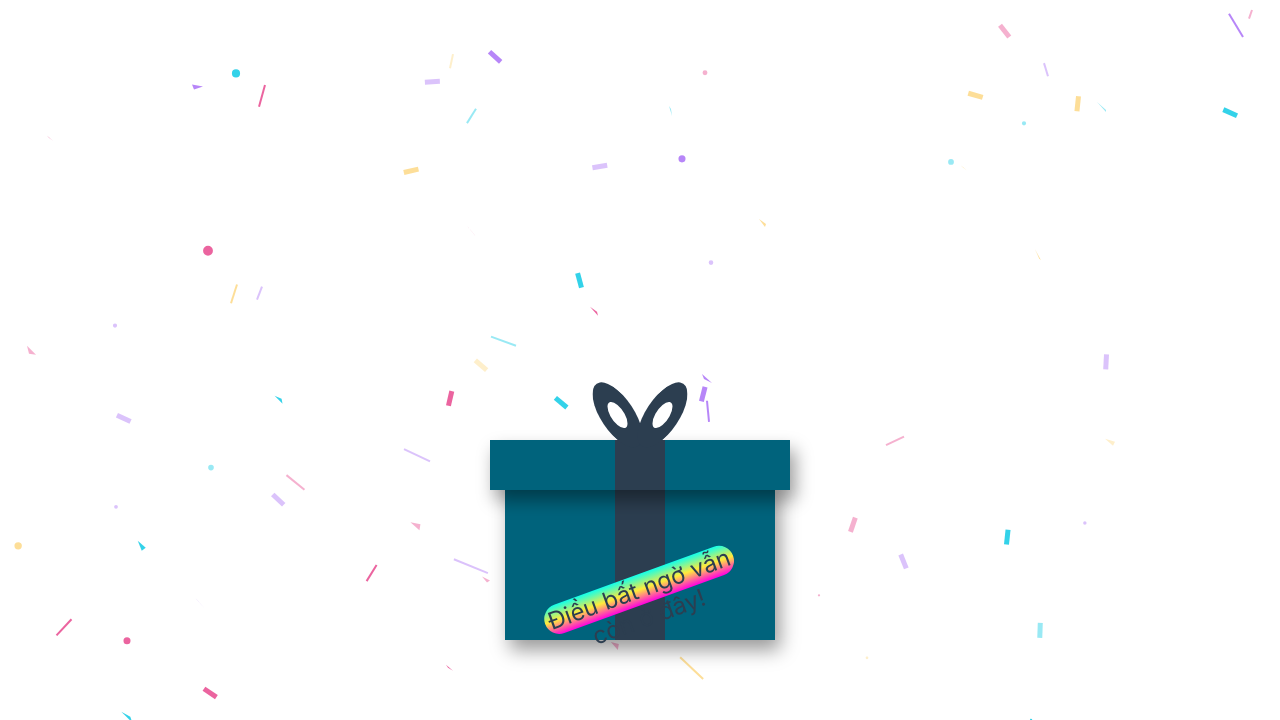
Repository: trongnghia161001/birth_day
Page: index.html
These files come from the project's save history. The page is drawn as it stood at one moment and after the next save; the edit follows.
The browser window is 1280 px wide. The pictures show the whole page.

Above is the page before, as saved 2022-11-14 22:31:08.

### index.html
<!DOCTYPE html>
<html>

<head>
  <meta charset="utf-8" />
  <meta name="viewport" content="width=device-width" />
  <title>Happy Birthday!</title>

  <link rel="stylesheet" href="styles/flexbox-center-container.css" media="all">
  <link rel="stylesheet" href="styles/system-fonts.css" media="all">
  <link rel="stylesheet" href="styles/style.css" media="all">
</head>

<body>
  <canvas id=c></canvas>
  <canvas id="confetti"></canvas>
  <div class="container" id="count">
    <h1 id="head">Countdown to your birthday:</h1>
    <ul>
      <li><span id="day"></span>days</li>
      <li><span id="hour"></span>hours</li>
      <li><span id="minute"></span>minutes</li>
      <li><span id="second"></span>seconds</li>
    </ul>
  </div>
  <div id="merrywrap" class="merrywrap">
    <canvas id="snowfall"></canvas>
    <div class="giftbox">
      <div class="cover">
        <div></div>
      </div>
      <div class="box"></div>
    </div>
</body>
<script src="scripts/confetti.min.js" charset="utf-8"></script>
<script src="scripts/index.js" charset="utf-8"></script>

</html>

### styles/style.css
* {
  box-sizing: border-box;
  margin: 0;
  padding: 0;
}
canvas {
  position: absolute;
  top: 0;
  left: 0;
}
body {
  background: #ffffff;
  overflow: hidden;
}
.container {
  color: rgba(55, 59, 65, 0.8);
  font-family: Helvetica, sans-serif;
  font-weight: lighter;
  text-align: center;
}

h1 {
  font-weight: normal;
}
li {
  display: inline-block;
  font-size: 1.5em;
  list-style-type: none;
  padding: 1em;
  text-transform: uppercase;
}
li span {
  display: block;
  font-size: 4.5rem;
}
.merrywrap {
  position: absolute;
  right: 40px;
  left: 40px;
  bottom: 80px;
  top: 40px;
}
.giftbox {
  position: absolute;
  width: 300px;
  height: 200px;
  left: 50%;
  margin-left: -150px;
  bottom: 0;
  z-index: 10;
}


.giftbox > div {
  background: rgb(0, 99, 124);
  position: absolute;
  box-shadow: 5px 10px 18px rgba(0, 0, 0, 0.4);
}

.giftbox:hover > div {
  box-shadow: none;
  transition: 0.5s all;
}

.giftbox > div:after, .giftbox > div:before {
  position: absolute;
  content: "";
  top: 0;
}
.giftbox:after {
  position: absolute;
  color: #2C3E50;
  width: 100%;
  content: "Điều bất ngờ vẫn còn ở đây!";
  left: 50px;
  bottom: 0;
  font-size: 24px;
  text-align: center;
  transform: rotate(-20deg);
  transform-origin: 0 0;
  background: linear-gradient(#14ffe9, #ffeb3b, #ff00e0);
  height: 30px;
  width: 200px;
  border-radius: 50px;
  cursor: pointer;
}

.giftbox .cover {
  width: 100%;
  top: 0;
  left: 0;
  height: 25%;
  z-index: 2;
}
.giftbox .cover:before {
  position: absolute;
  height: 100%;
  left: 50%;
  width: 50px;
  transform: translateX(-50%);
  background: #2C3E50;
}
.giftbox .cover > div {
  position: absolute;
  width: 50px;
  height: 50px;
  left: 50%;
  top: -50px;
  transform: translateX(-50%);
}
.giftbox .cover > div:before, .giftbox .cover > div:after {
  position: absolute;
  left: 0;
  top: 0;
  width: 100%;
  height: 100%;
  content: "";
  box-shadow: inset 0 0 0 15px #2C3E50;
  border-radius: 30px;
  transform-origin: 50% 100%;
}
.giftbox .cover > div:before {
  transform: translateX(-45%) skewY(40deg);
}
.giftbox .cover > div:after {
  transform: translateX(45%) skewY(-40deg);
}
.giftbox .box {
  right: 5%;
  left: 5%;
  height: 80%;
  bottom: 0;
}
.giftbox .box:before {
  width: 50px;
  height: 100%;
  left: 50%;
  transform: translateX(-50%);
  background: #2C3E50;
}
.giftbox .box:after {
  width: 100%;
  height: 30px;
  background: rgba(0, 0, 0, 0);
}
.step-1 .giftbox {
  animation: wobble 0.5s linear infinite forwards;
}
.step-1 .cover {
  animation: wobble 0.5s linear infinite 5s forwards;
}
.step-1 .icons .row span {
  opacity: 1;
}
.step-2 .giftbox:after {
  opacity: 0;
}
.step-3 .giftbox, .step-4 .giftbox {
  opacity: 0;
  z-index: 1;
}
.step-3 .giftbox:after, .step-4 .giftbox:after {
  opacity: 0;
}
.step-2 .giftbox .cover {
  animation: flyUp 2s ease-in forwards;
}
.step-2 .giftbox .box {
  animation: flyDown 2s ease-in 0.05s forwards;
}
@keyframes wobble {
  25% {
      transform: rotate(4deg);
 }
  75% {
      transform: rotate(-2deg);
 }
}
@keyframes flyUp {
  75% {
      opacity: 1;
 }
  100% {
      transform: translateY(-1000px) rotate(20deg);
      opacity: 0;
 }
}
@keyframes flyDown {
  75% {
      opacity: 1;
 }
  100% {
      transform: translateY(100%);
      opacity: 0;
 }
}

### scripts/index.js
const count = document.getElementById('count');
const head = document.getElementById('head');
const giftbox = document.getElementById('merrywrap');
const canvasC = document.getElementById('c');

const config = {
  birthdate: 'Jan 29, 2020',
  name: 'Darlene'
};

function hideEverything() {
  head.style.display = 'none';
  count.style.display = 'none';
  giftbox.style.display = 'none';
  canvasC.style.display = 'none';
}

hideEverything();

const confettiSettings = { target: 'confetti' };
const confetti = new window.ConfettiGenerator(confettiSettings);
confetti.render();

const second = 1000,
  minute = second * 60,
  hour = minute * 60,
  day = hour * 24;

let countDown = new Date(`${config.birthdate} 00:00:00`).getTime();
x = setInterval(function() {
  let now = new Date().getTime(),
    distance = countDown - now;

  document.getElementById('day').innerText = Math.floor(distance / day);
  document.getElementById('hour').innerText = Math.floor(
    (distance % day) / hour
  );
  document.getElementById('minute').innerText = Math.floor(
    (distance % hour) / minute
  );
  document.getElementById('second').innerText = Math.floor(
    (distance % minute) / second
  );

  let w = (c.width = window.innerWidth),
    h = (c.height = window.innerHeight),
    ctx = c.getContext('2d'),
    hw = w / 2, // half-width
    hh = h / 2,
    opts = {
      strings: ['HAPPY', 'BIRTHDAY!', config.name],
      charSize: 30,
      charSpacing: 35,
      lineHeight: 40,

      cx: w / 2,
      cy: h / 2,

      fireworkPrevPoints: 10,
      fireworkBaseLineWidth: 5,
      fireworkAddedLineWidth: 8,
      fireworkSpawnTime: 200,
      fireworkBaseReachTime: 30,
      fireworkAddedReachTime: 30,
      fireworkCircleBaseSize: 20,
      fireworkCircleAddedSize: 10,
      fireworkCircleBaseTime: 30,
      fireworkCircleAddedTime: 30,
      fireworkCircleFadeBaseTime: 10,
      fireworkCircleFadeAddedTime: 5,
      fireworkBaseShards: 5,
      fireworkAddedShards: 5,
      fireworkShardPrevPoints: 3,
      fireworkShardBaseVel: 4,
      fireworkShardAddedVel: 2,
      fireworkShardBaseSize: 3,
      fireworkShardAddedSize: 3,
      gravity: 0.1,
      upFlow: -0.1,
      letterContemplatingWaitTime: 360,
      balloonSpawnTime: 20,
      balloonBaseInflateTime: 10,
      balloonAddedInflateTime: 10,
      balloonBaseSize: 20,
      balloonAddedSize: 20,
      balloonBaseVel: 0.4,
      balloonAddedVel: 0.4,
      balloonBaseRadian: -(Math.PI / 2 - 0.5),
      balloonAddedRadian: -1
    },
    calc = {
      totalWidth:
        opts.charSpacing *
        Math.max(opts.strings[0].length, opts.strings[1].length)
    },
    Tau = Math.PI * 2,
    TauQuarter = Tau / 4,
    letters = [];

  ctx.font = opts.charSize + 'px Verdana';

  function Letter(char, x, y) {
    this.char = char;
    this.x = x;
    this.y = y;

    this.dx = -ctx.measureText(char).width / 2;
    this.dy = +opts.charSize / 2;

    this.fireworkDy = this.y - hh;

    let hue = (x / calc.totalWidth) * 360;

    this.color = 'hsl(hue,80%,50%)'.replace('hue', hue);
    this.lightAlphaColor = 'hsla(hue,80%,light%,alp)'.replace('hue', hue);
    this.lightColor = 'hsl(hue,80%,light%)'.replace('hue', hue);
    this.alphaColor = 'hsla(hue,80%,50%,alp)'.replace('hue', hue);

    this.reset();
  }
  Letter.prototype.reset = function() {
    this.phase = 'firework';
    this.tick = 0;
    this.spawned = false;
    this.spawningTime = (opts.fireworkSpawnTime * Math.random()) | 0;
    this.reachTime =
      (opts.fireworkBaseReachTime +
        opts.fireworkAddedReachTime * Math.random()) |
      0;
    this.lineWidth =
      opts.fireworkBaseLineWidth + opts.fireworkAddedLineWidth * Math.random();
    this.prevPoints = [[0, hh, 0]];
  };
  Letter.prototype.step = function() {
    if (this.phase === 'firework') {
      if (!this.spawned) {
        ++this.tick;
        if (this.tick >= this.spawningTime) {
          this.tick = 0;
          this.spawned = true;
        }
      } else {
        ++this.tick;

        let linearProportion = this.tick / this.reachTime,
          armonicProportion = Math.sin(linearProportion * TauQuarter),
          x = linearProportion * this.x,
          y = hh + armonicProportion * this.fireworkDy;

        if (this.prevPoints.length > opts.fireworkPrevPoints)
          this.prevPoints.shift();

        this.prevPoints.push([x, y, linearProportion * this.lineWidth]);

        let lineWidthProportion = 1 / (this.prevPoints.length - 1);

        for (let i = 1; i < this.prevPoints.length; ++i) {
          let point = this.prevPoints[i],
            point2 = this.prevPoints[i - 1];

          ctx.strokeStyle = this.alphaColor.replace(
            'alp',
            i / this.prevPoints.length
          );
          ctx.lineWidth = point[2] * lineWidthProportion * i;
          ctx.beginPath();
          ctx.moveTo(point[0], point[1]);
          ctx.lineTo(point2[0], point2[1]);
          ctx.stroke();
        }

        if (this.tick >= this.reachTime) {
          this.phase = 'contemplate';

          this.circleFinalSize =
            opts.fireworkCircleBaseSize +
            opts.fireworkCircleAddedSize * Math.random();
          this.circleCompleteTime =
            (opts.fireworkCircleBaseTime +
              opts.fireworkCircleAddedTime * Math.random()) |
            0;
          this.circleCreating = true;
          this.circleFading = false;

          this.circleFadeTime =
            (opts.fireworkCircleFadeBaseTime +
              opts.fireworkCircleFadeAddedTime * Math.random()) |
            0;
          this.tick = 0;
          this.tick2 = 0;

          this.shards = [];

          let shardCount =
              (opts.fireworkBaseShards +
                opts.fireworkAddedShards * Math.random()) |
              0,
            angle = Tau / shardCount,
            cos = Math.cos(angle),
            sin = Math.sin(angle),
            x = 1,
            y = 0;

          for (let i = 0; i < shardCount; ++i) {
            let x1 = x;
            x = x * cos - y * sin;
            y = y * cos + x1 * sin;

            this.shards.push(new Shard(this.x, this.y, x, y, this.alphaColor));
          }
        }
      }
    } else if (this.phase === 'contemplate') {
      ++this.tick;

      if (this.circleCreating) {
        ++this.tick2;
        let proportion = this.tick2 / this.circleCompleteTime,
          armonic = -Math.cos(proportion * Math.PI) / 2 + 0.5;

        ctx.beginPath();
        ctx.fillStyle = this.lightAlphaColor
          .replace('light', 50 + 50 * proportion)
          .replace('alp', proportion);
        ctx.beginPath();
        ctx.arc(this.x, this.y, armonic * this.circleFinalSize, 0, Tau);
        ctx.fill();

        if (this.tick2 > this.circleCompleteTime) {
          this.tick2 = 0;
          this.circleCreating = false;
          this.circleFading = true;
        }
      } else if (this.circleFading) {
        ctx.fillStyle = this.lightColor.replace('light', 70);
        ctx.fillText(this.char, this.x + this.dx, this.y + this.dy);

        ++this.tick2;
        let proportion = this.tick2 / this.circleFadeTime,
          armonic = -Math.cos(proportion * Math.PI) / 2 + 0.5;

        ctx.beginPath();
        ctx.fillStyle = this.lightAlphaColor
          .replace('light', 100)
          .replace('alp', 1 - armonic);
        ctx.arc(this.x, this.y, this.circleFinalSize, 0, Tau);
        ctx.fill();

        if (this.tick2 >= this.circleFadeTime) this.circleFading = false;
      } else {
        ctx.fillStyle = this.lightColor.replace('light', 70);
        ctx.fillText(this.char, this.x + this.dx, this.y + this.dy);
      }

      for (let i = 0; i < this.shards.length; ++i) {
        this.shards[i].step();

        if (!this.shards[i].alive) {
          this.shards.splice(i, 1);
          --i;
        }
      }

      if (this.tick > opts.letterContemplatingWaitTime) {
        this.phase = 'balloon';

        this.tick = 0;
        this.spawning = true;
        this.spawnTime = (opts.balloonSpawnTime * Math.random()) | 0;
        this.inflating = false;
        this.inflateTime =
          (opts.balloonBaseInflateTime +
            opts.balloonAddedInflateTime * Math.random()) |
          0;
        this.size =
          (opts.balloonBaseSize + opts.balloonAddedSize * Math.random()) | 0;

        let rad =
            opts.balloonBaseRadian + opts.balloonAddedRadian * Math.random(),
          vel = opts.balloonBaseVel + opts.balloonAddedVel * Math.random();

        this.vx = Math.cos(rad) * vel;
        this.vy = Math.sin(rad) * vel;
      }
    } else if (this.phase === 'balloon') {
      ctx.strokeStyle = this.lightColor.replace('light', 80);

      if (this.spawning) {
        ++this.tick;
        ctx.fillStyle = this.lightColor.replace('light', 70);
        ctx.fillText(this.char, this.x + this.dx, this.y + this.dy);

        if (this.tick >= this.spawnTime) {
          this.tick = 0;
          this.spawning = false;
          this.inflating = true;
        }
      } else if (this.inflating) {
        ++this.tick;

        let proportion = this.tick / this.inflateTime,
          x = (this.cx = this.x),
          y = (this.cy = this.y - this.size * proportion);

        ctx.fillStyle = this.alphaColor.replace('alp', proportion);
        ctx.beginPath();
        generateBalloonPath(x, y, this.size * proportion);
        ctx.fill();

        ctx.beginPath();
        ctx.moveTo(x, y);
        ctx.lineTo(x, this.y);
        ctx.stroke();

        ctx.fillStyle = this.lightColor.replace('light', 70);
        ctx.fillText(this.char, this.x + this.dx, this.y + this.dy);

        if (this.tick >= this.inflateTime) {
          this.tick = 0;
          this.inflating = false;
        }
      } else {
        this.cx += this.vx;
        this.cy += this.vy += opts.upFlow;

        ctx.fillStyle = this.color;
        ctx.beginPath();
        generateBalloonPath(this.cx, this.cy, this.size);
        ctx.fill();

        ctx.beginPath();
        ctx.moveTo(this.cx, this.cy);
        ctx.lineTo(this.cx, this.cy + this.size);
        ctx.stroke();

        ctx.fillStyle = this.lightColor.replace('light', 70);
        ctx.fillText(
          this.char,
          this.cx + this.dx,
          this.cy + this.dy + this.size
        );

        if (this.cy + this.size < -hh || this.cx < -hw || this.cy > hw)
          this.phase = 'done';
      }
    }
  };

  function Shard(x, y, vx, vy, color) {
    let vel =
      opts.fireworkShardBaseVel + opts.fireworkShardAddedVel * Math.random();

    this.vx = vx * vel;
    this.vy = vy * vel;

    this.x = x;
    this.y = y;

    this.prevPoints = [[x, y]];
    this.color = color;

    this.alive = true;

    this.size =
      opts.fireworkShardBaseSize + opts.fireworkShardAddedSize * Math.random();
  }
  Shard.prototype.step = function() {
    this.x += this.vx;
    this.y += this.vy += opts.gravity;

    if (this.prevPoints.length > opts.fireworkShardPrevPoints)
      this.prevPoints.shift();

    this.prevPoints.push([this.x, this.y]);

    let lineWidthProportion = this.size / this.prevPoints.length;

    for (let k = 0; k < this.prevPoints.length - 1; ++k) {
      let point = this.prevPoints[k],
        point2 = this.prevPoints[k + 1];

      ctx.strokeStyle = this.color.replace('alp', k / this.prevPoints.length);
      ctx.lineWidth = k * lineWidthProportion;
      ctx.beginPath();
      ctx.moveTo(point[0], point[1]);
      ctx.lineTo(point2[0], point2[1]);
      ctx.stroke();
    }

    if (this.prevPoints[0][1] > hh) this.alive = false;
  };

  function generateBalloonPath(x, y, size) {
    ctx.moveTo(x, y);
    ctx.bezierCurveTo(
      x - size / 2,
      y - size / 2,
      x - size / 4,
      y - size,
      x,
      y - size
    );
    ctx.bezierCurveTo(x + size / 4, y - size, x + size / 2, y - size / 2, x, y);
  }

  function anim() {
    window.requestAnimationFrame(anim);

    ctx.fillStyle = '#fff';
    ctx.fillRect(0, 0, w, h);

    ctx.translate(hw, hh);

    let done = true;
    for (let l = 0; l < letters.length; ++l) {
      letters[l].step();
      if (letters[l].phase !== 'done') done = false;
    }

    ctx.translate(-hw, -hh);

    if (done) for (let l = 0; l < letters.length; ++l) letters[l].reset();
  }

  for (let i = 0; i < opts.strings.length; ++i) {
    for (let j = 0; j < opts.strings[i].length; ++j) {
      letters.push(
        new Letter(
          opts.strings[i][j],
          j * opts.charSpacing +
            opts.charSpacing / 2 -
            (opts.strings[i].length * opts.charSize) / 2,
          i * opts.lineHeight +
            opts.lineHeight / 2 -
            (opts.strings.length * opts.lineHeight) / 2
        )
      );
    }
  }

  window.addEventListener('resize', function() {
    w = c.width = window.innerWidth;
    h = c.height = window.innerHeight;

    hw = w / 2;
    hh = h / 2;

    ctx.font = opts.charSize + 'px Verdana';
  });

  if (distance > 0) {
    head.style.display = 'initial';
    count.style.display = 'initial';
  } else {
    head.style.display = 'none';
    count.style.display = 'none';
    giftbox.style.display = 'initial';
    clearInterval(x);
    let merrywrap = document.getElementById('merrywrap');
    let box = merrywrap.getElementsByClassName('giftbox')[0];
    let step = 1;
    let stepMinutes = [2000, 2000, 1000, 1000];

    function init() {
      box.addEventListener('click', openBox, false);
      box.addEventListener('click', showfireworks, false);
    }

    function stepClass(step) {
      merrywrap.className = 'merrywrap';
      merrywrap.className = 'merrywrap step-' + step;
    }

    function openBox() {
      if (step === 1) {
        box.removeEventListener('click', openBox, false);
      }
      stepClass(step);
      if (step === 3) {
      }
      if (step === 4) {
        return;
      }
      setTimeout(openBox, stepMinutes[step - 1]);
      step++;
      //   setTimeout(anim, 1900);
    }

    function showfireworks() {
      canvasC.style.display = 'initial';
      setTimeout(anim, 1500);
    }

    init();
  }

  // if (distance < 0) {
  //     clearInterval(x);
  //     console.log("happy birthday");
  // }
}, second);

Loaded but not shown: styles/flexbox-center-container.css (common file); styles/system-fonts.css (common file); scripts/confetti.min.js (library)

After the next save:
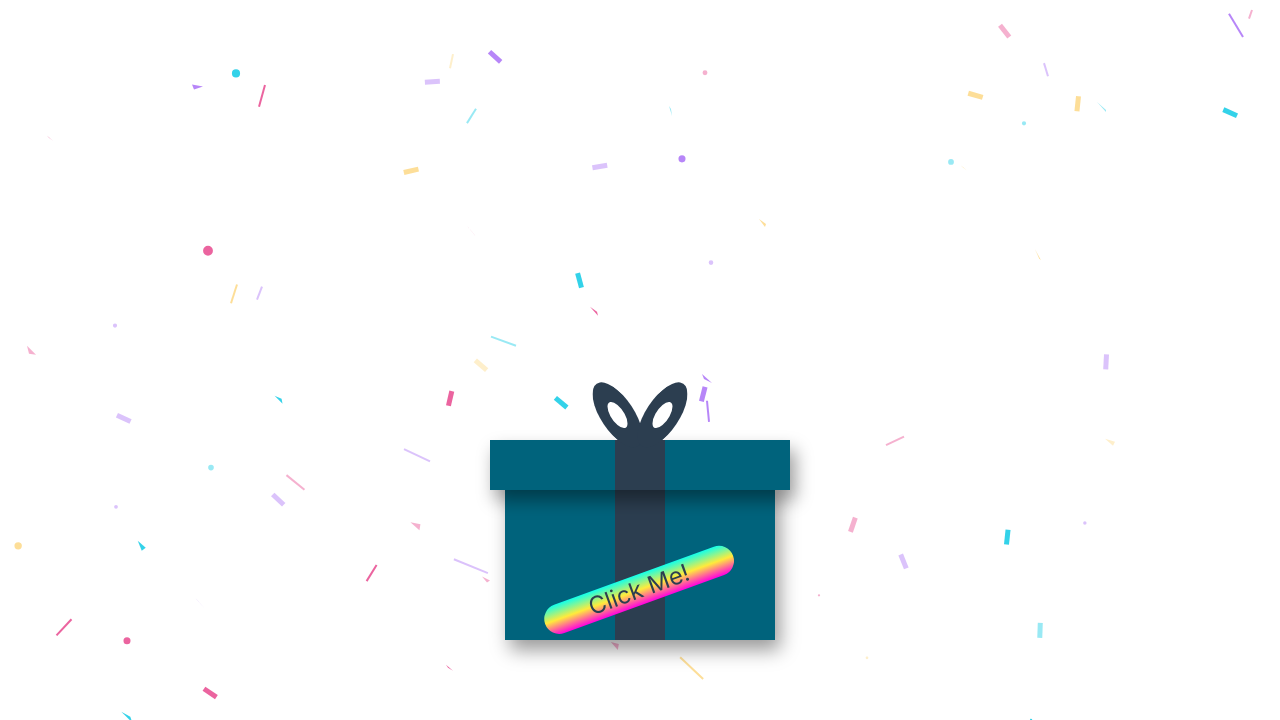
Saved 90 s later.
--- a/styles/style.css
+++ b/styles/style.css
@@ -71,7 +71,7 @@ li span {
   position: absolute;
   color: #2C3E50;
   width: 100%;
-  content: "Điều bất ngờ vẫn còn ở đây!";
+  content: "Click Me!";
   left: 50px;
   bottom: 0;
   font-size: 24px;
